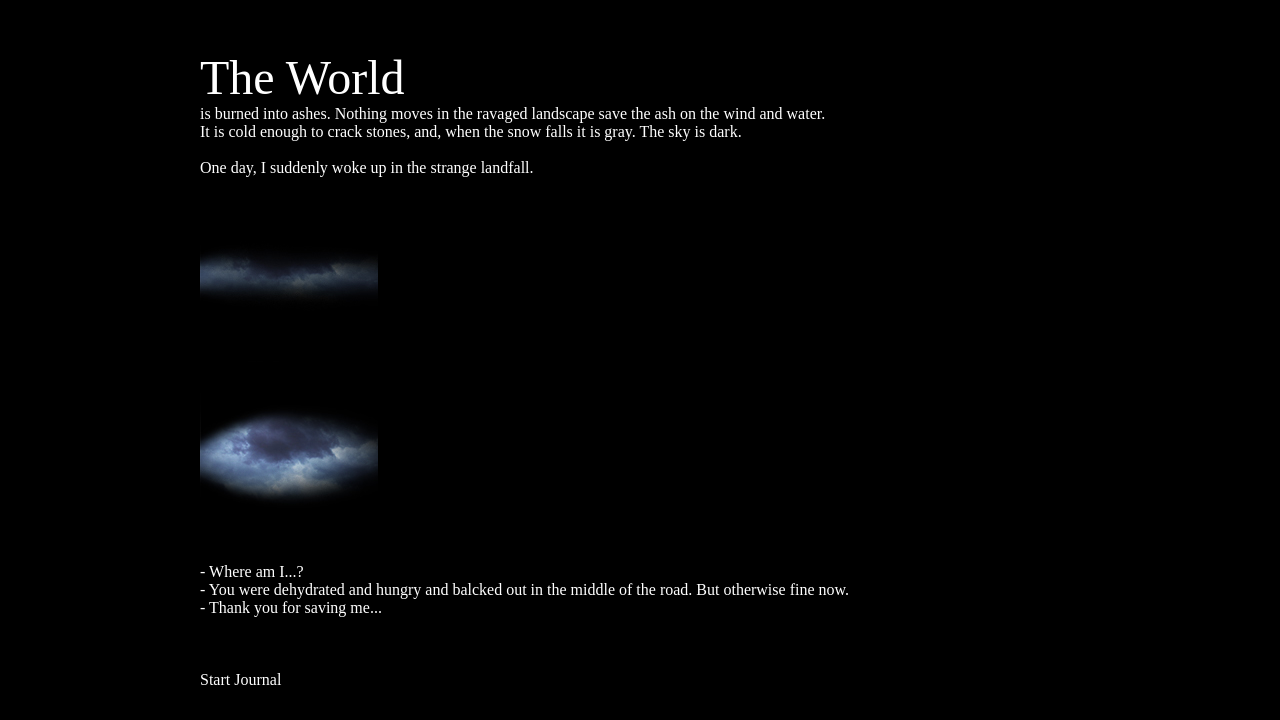
Repository: simj959/simj959.github.io
Page: final_website/index.html
The author's editor kept a record of every edit. The page is drawn from the files as they stood at one moment, then again after the next edit.
The browser window is 1280 px wide. The pictures show the whole page.

Above is the page before.

### final_website/index.html
<!DOCTYPE html>
<html>
    <head>  	<link rel="stylesheet" href="style.css">
        <title>The Road</title>
    </head>

<body bgcolor="white" text="white" link="blue" vlink="purple" alink="red" leftmargin="200" marginwidth="200" style="background-color:black; background-repeat:no-repeat; background-attachment:scroll; background-position:0 0;">
<p align="left">&nbsp;</p>
<font size=8>The World</font><br>
is burned into ashes. Nothing moves in the ravaged landscape save the ash on the wind and water.<br>
It is cold enough to crack stones, and, when the snow falls it is gray. The sky is dark.<br>
<br>
One day, I suddenly woke up in the strange landfall.
<br>

<img src="1.jpg">
<br>
<img src="2.jpg">
<br>
<br>
- Where am I...?<br>
- You were dehydrated and hungry and balcked out in the middle of the road. But otherwise fine now.<br>
- Thank you for saving me...
<br>
<br>
<br>
<br>
Start Journal
</body>

</html>

### final_website/style.css


a:link    {color:white; text-decoration:none;}
a:visited {color:#ffffff; text-decoration:none;}
a:active  {color:#ffffff; text-decoration:none;}
a:hover   {color:lime; text-decoration:none;}

After the next edit:
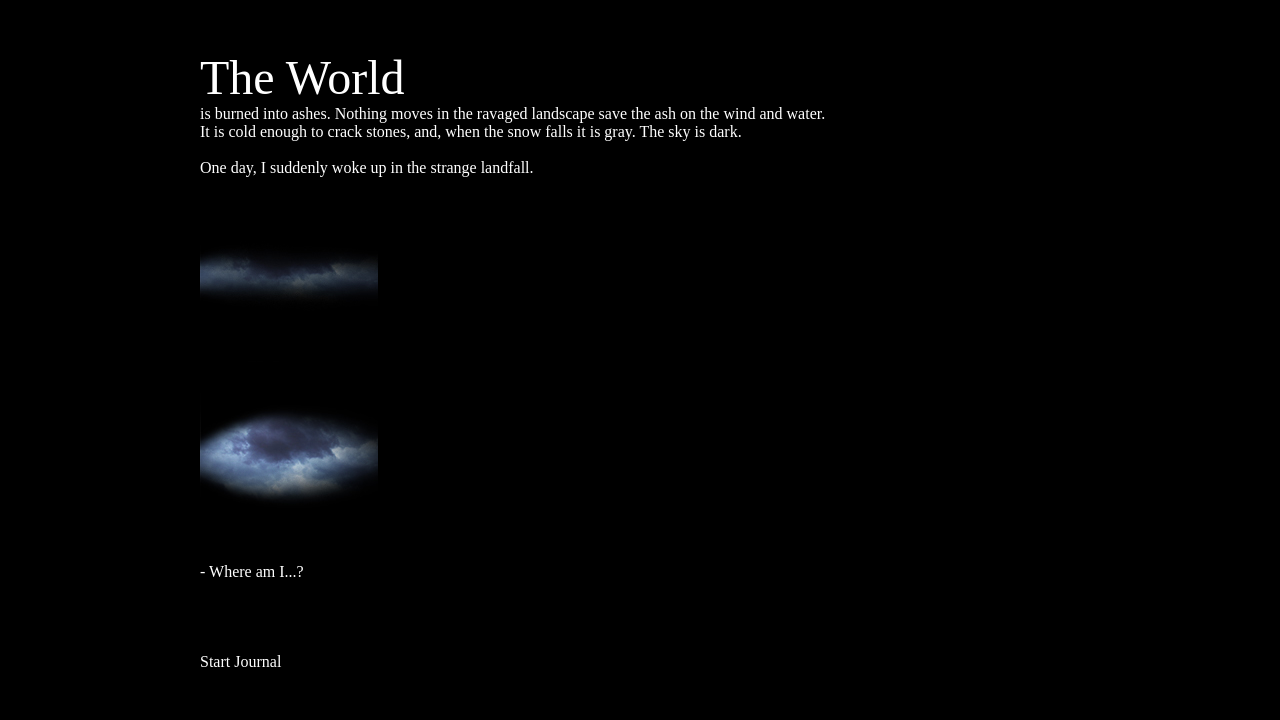
The edit:
--- a/final_website/index.html
+++ b/final_website/index.html
@@ -19,8 +19,6 @@
 <br>
 <br>
 - Where am I...?<br>
-- You were dehydrated and hungry and balcked out in the middle of the road. But otherwise fine now.<br>
-- Thank you for saving me...
 <br>
 <br>
 <br>
